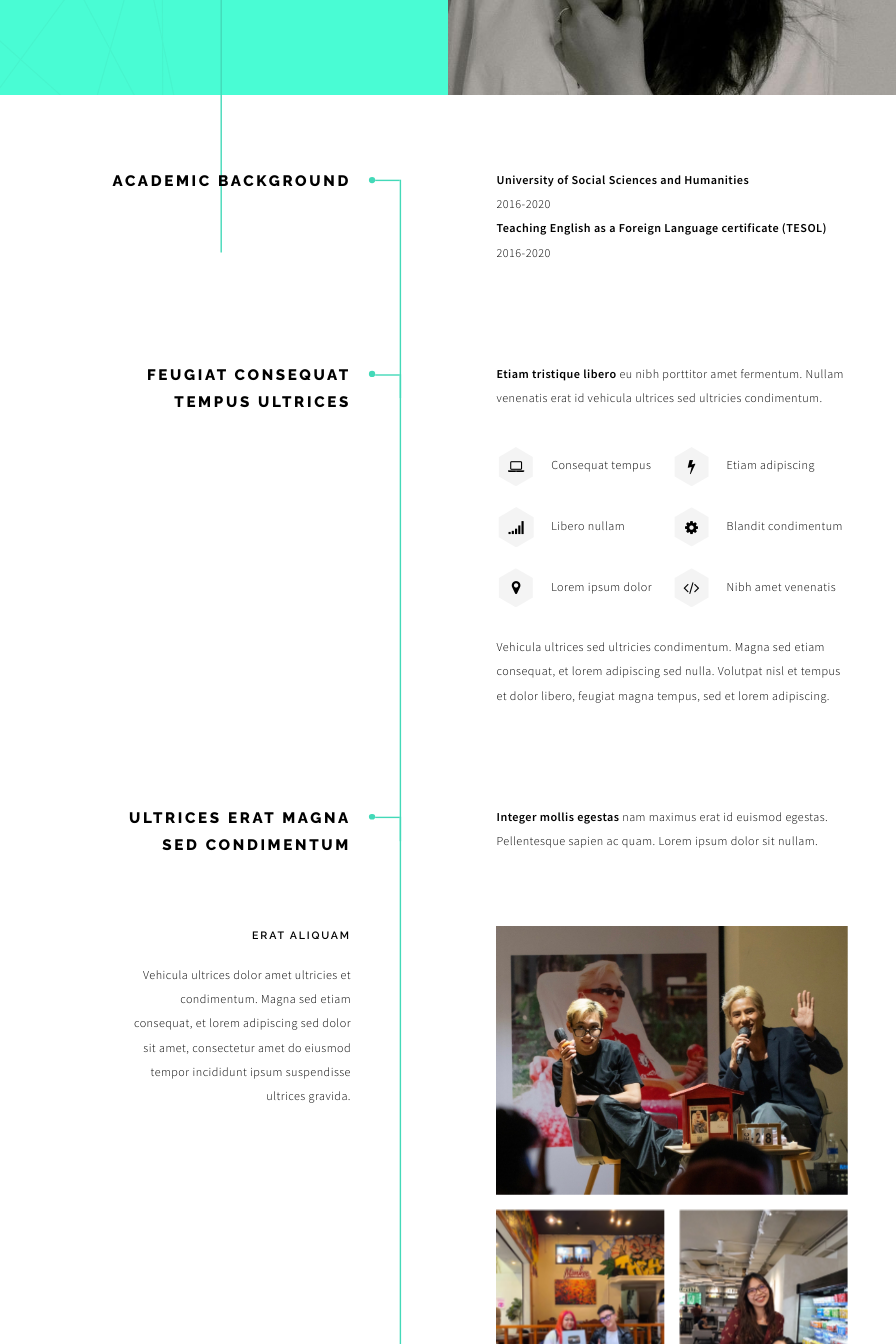
Repository: leonardin999/linh-porfolios
Page: index.html
An editor plug-in stored every save of this project. The page is shown before and after the next save, followed by the edit.
The browser window is 1280 px wide. The pictures show the part of the page from y = 584 to 2504 px (the page is 6041 px tall before and 7540 px after), at 70% of full size.

Above is the page before, as saved 2023-01-22 21:26:23.

### index.html
<!DOCTYPE html>
<!--
	Paradigm Shift by HTML5 UP
	html5up.net | @ajlkn
	Free for personal and commercial use under the CCA 3.0 license (html5up.net/license)
-->
<html>
  <head>
    <title>Linh's Porfolio</title>
    <meta charset="utf-8" />
    <meta
      name="viewport"
      content="width=device-width, initial-scale=1, user-scalable=no"
    />
    <meta name="description" content="" />
    <meta name="keywords" content="" />
    <link rel="stylesheet" href="assets/css/main.css" />
  </head>
  <body class="is-preload">
    <!-- Wrapper -->
    <div id="wrapper">
      <!-- Intro -->
      <section class="intro">
        <header>
          <h1>PARTNERSHIP MARKETING EXECUTIVE</h1>
          <p>
            I believe in "edutainment" which can help everyone absorb knowledge
            easily. I am interested in both education and entertainment and
            combine them in my projects.
          </p>
          <ul class="actions">
            <li>
              <a href="#first" class="arrow scrolly"
                ><span class="label">Next</span></a
              >
            </li>
          </ul>
        </header>
        <div class="content">
          <span class="image fill" data-position="center"
            ><img src="images/pic01.jpg" alt=""
          /></span>
        </div>
      </section>

      <!-- Section -->
      <section id="first">
        <header>
          <h2>Academic background</h2>
        </header>
        <div class="content">
            <strong>University of Social Sciences and Humanities</strong>
            <br>2016-2020</br>
            <strong>Teaching English as a Foreign Language certificate (TESOL)</strong>
            <br>2016-2020</br>
          </p>
        </div>
      </section>

      <!-- Section -->
      <section>
        <header>
          <h2>Feugiat consequat tempus ultrices</h2>
        </header>
        <div class="content">
          <p>
            <strong>Etiam tristique libero</strong> eu nibh porttitor amet
            fermentum. Nullam venenatis erat id vehicula ultrices sed ultricies
            condimentum.
          </p>
          <ul class="feature-icons">
            <li class="icon fa-laptop">Consequat tempus</li>
            <li class="icon fa-bolt">Etiam adipiscing</li>
            <li class="icon fa-signal">Libero nullam</li>
            <li class="icon fa-gear">Blandit condimentum</li>
            <li class="icon fa-map-marker">Lorem ipsum dolor</li>
            <li class="icon fa-code">Nibh amet venenatis</li>
          </ul>
          <p>
            Vehicula ultrices sed ultricies condimentum. Magna sed etiam
            consequat, et lorem adipiscing sed nulla. Volutpat nisl et tempus et
            dolor libero, feugiat magna tempus, sed et lorem adipiscing.
          </p>
        </div>
      </section>

      <!-- Section -->
      <section>
        <header>
          <h2>Ultrices erat magna sed condimentum</h2>
        </header>
        <div class="content">
          <p>
            <strong>Integer mollis egestas</strong> nam maximus erat id euismod
            egestas. Pellentesque sapien ac quam. Lorem ipsum dolor sit nullam.
          </p>

          <!-- Section -->
          <section>
            <header>
              <h3>Erat aliquam</h3>
              <p>
                Vehicula ultrices dolor amet ultricies et condimentum. Magna sed
                etiam consequat, et lorem adipiscing sed dolor sit amet,
                consectetur amet do eiusmod tempor incididunt ipsum suspendisse
                ultrices gravida.
              </p>
            </header>
            <div class="content">
              <div class="gallery">
                <a href="images/gallery/fulls/01.jpg" class="landscape"
                  ><img src="images/gallery/thumbs/01.jpg" alt=""
                /></a>
                <a href="images/gallery/fulls/02.jpg"
                  ><img src="images/gallery/thumbs/02.jpg" alt=""
                /></a>
                <a href="images/gallery/fulls/03.jpg"
                  ><img src="images/gallery/thumbs/03.jpg" alt=""
                /></a>
                <a href="images/gallery/fulls/04.jpg" class="landscape"
                  ><img src="images/gallery/thumbs/04.jpg" alt=""
                /></a>
              </div>
            </div>
          </section>

          <!-- Section -->
          <section>
            <header>
              <h3>Nisl consequat</h3>
              <p>
                Aenean ornare velit lacus, ac varius enim ullamcorper eu. Proin
                aliquam sed facilisis ante interdum congue. Integer mollis, nisl
                amet convallis, porttitor magna ullamcorper, amet mauris. Ut
                magna finibus nisi nec lacinia ipsum maximus.
              </p>
            </header>
            <div class="content">
              <div class="gallery">
                <a href="images/gallery/fulls/05.jpg" class="landscape"
                  ><img src="images/gallery/thumbs/05.jpg" alt=""
                /></a>
                <a href="images/gallery/fulls/06.jpg"
                  ><img src="images/gallery/thumbs/06.jpg" alt=""
                /></a>
                <a href="images/gallery/fulls/07.jpg"
                  ><img src="images/gallery/thumbs/07.jpg" alt=""
                /></a>
              </div>
            </div>
          </section>

          <!-- Section -->
          <section>
            <header>
              <h3>Lorem gravida</h3>
              <p>
                Proin aliquam facilisis ante interdum. Sed nulla amet lorem
                feugiat tempus aenean ornare velit lacus, ac varius sed enim
                lorem ullamcorper dolore. ac varius enim lorem ullamcorper
                dolore. Proin aliquam facilisis.
              </p>
            </header>
            <div class="content">
              <div class="gallery">
                <a href="images/gallery/fulls/08.jpg" class="portrait"
                  ><img src="images/gallery/thumbs/08.jpg" alt=""
                /></a>
                <a href="images/gallery/fulls/09.jpg" class="portrait"
                  ><img src="images/gallery/thumbs/09.jpg" alt=""
                /></a>
                <a href="images/gallery/fulls/10.jpg" class="landscape"
                  ><img src="images/gallery/thumbs/10.jpg" alt=""
                /></a>
              </div>
            </div>
          </section>
        </div>
      </section>

      <!-- Section -->
      <section>
        <header>
          <h2>Duis sed adpiscing veroeros amet</h2>
        </header>
        <div class="content">
          <p>
            <strong>Proin tempus feugiat</strong> sed varius enim lorem
            ullamcorper dolore aliquam aenean ornare velit lacus, ac varius enim
            lorem ullamcorper dolore.
          </p>
          <ul class="actions">
            <li><a href="#" class="button primary large">Get Started</a></li>
            <li><a href="#" class="button large">Learn More</a></li>
          </ul>
        </div>
      </section>

      <!-- Elements -->
      <!--
					<section>
						<header>
							<h2>Elements</h2>
						</header>
						<div class="content">

							<section>
								<header>
									<h3>Text</h3>
								</header>
								<div class="content">
									<p>This is <b>bold</b> and this is <strong>strong</strong>. This is <i>italic</i> and this is <em>emphasized</em>.
									This is <sup>superscript</sup> text and this is <sub>subscript</sub> text.
									This is <u>underlined</u> and this is code: <code>for (;;) { ... }</code>. Finally, <a href="#">this is a link</a>.</p>
									<hr />
									<h2>Heading Level 2</h2>
									<h3>Heading Level 3</h3>
									<h4>Heading Level 4</h4>
									<h5>Heading Level 5</h5>
									<hr />
									<h5>Blockquote</h5>
									<blockquote>Fringilla nisl. Donec accumsan interdum nisi, quis tincidunt felis sagittis eget tempus euismod. Vestibulum ante ipsum primis in faucibus vestibulum. Blandit adipiscing eu felis iaculis volutpat ac adipiscing accumsan faucibus. Vestibulum ante ipsum primis in faucibus lorem ipsum dolor sit amet nullam adipiscing eu felis.</blockquote>
									<h5>Preformatted</h5>
									<pre><code>i = 0;

while (!deck.isInOrder()) {
  print 'Iteration ' + i;
  deck.shuffle();
  i++;
}

print 'Sorted in ' + i + ' iterations.';</code></pre>
								</div>
							</section>

							<section>
								<header>
									<h3>Lists</h3>
								</header>
								<div class="content">

									<h4>Unordered</h4>
									<ul>
										<li>Dolor pulvinar etiam.</li>
										<li>Sagittis adipiscing.</li>
										<li>Felis enim feugiat.</li>
									</ul>

									<h4>Alternate</h4>
									<ul class="alt">
										<li>Dolor pulvinar etiam.</li>
										<li>Sagittis adipiscing.</li>
										<li>Felis enim feugiat.</li>
									</ul>

									<h4>Ordered</h4>
									<ol>
										<li>Dolor pulvinar etiam.</li>
										<li>Etiam vel felis viverra.</li>
										<li>Felis enim feugiat.</li>
										<li>Dolor pulvinar etiam.</li>
										<li>Etiam vel felis lorem.</li>
										<li>Felis enim et feugiat.</li>
									</ol>
									<h4>Icons</h4>
									<ul class="icons">
										<li><a href="#" class="icon fa-twitter"><span class="label">Twitter</span></a></li>
										<li><a href="#" class="icon fa-facebook"><span class="label">Facebook</span></a></li>
										<li><a href="#" class="icon fa-instagram"><span class="label">Instagram</span></a></li>
										<li><a href="#" class="icon fa-github"><span class="label">Github</span></a></li>
									</ul>

									<h4>Actions</h4>
									<ul class="actions">
										<li><a href="#" class="button primary">Default</a></li>
										<li><a href="#" class="button">Default</a></li>
									</ul>
									<ul class="actions stacked">
										<li><a href="#" class="button primary">Default</a></li>
										<li><a href="#" class="button">Default</a></li>
									</ul>
								</div>
							</section>

							<section>
								<header>
									<h3>Table</h3>
								</header>
								<div class="content">
									<h4>Default</h4>
									<div class="table-wrapper">
										<table>
											<thead>
												<tr>
													<th>Name</th>
													<th>Description</th>
													<th>Price</th>
												</tr>
											</thead>
											<tbody>
												<tr>
													<td>Item One</td>
													<td>Ante turpis integer aliquet porttitor.</td>
													<td>29.99</td>
												</tr>
												<tr>
													<td>Item Two</td>
													<td>Vis ac commodo adipiscing arcu aliquet.</td>
													<td>19.99</td>
												</tr>
												<tr>
													<td>Item Three</td>
													<td> Morbi faucibus arcu accumsan lorem.</td>
													<td>29.99</td>
												</tr>
												<tr>
													<td>Item Four</td>
													<td>Vitae integer tempus condimentum.</td>
													<td>19.99</td>
												</tr>
												<tr>
													<td>Item Five</td>
													<td>Ante turpis integer aliquet porttitor.</td>
													<td>29.99</td>
												</tr>
											</tbody>
											<tfoot>
												<tr>
													<td colspan="2"></td>
													<td>100.00</td>
												</tr>
											</tfoot>
										</table>
									</div>

									<h4>Alternate</h4>
									<div class="table-wrapper">
										<table class="alt">
											<thead>
												<tr>
													<th>Name</th>
													<th>Description</th>
													<th>Price</th>
												</tr>
											</thead>
											<tbody>
												<tr>
													<td>Item One</td>
													<td>Ante turpis integer aliquet porttitor.</td>
													<td>29.99</td>
												</tr>
												<tr>
													<td>Item Two</td>
													<td>Vis ac commodo adipiscing arcu aliquet.</td>
													<td>19.99</td>
												</tr>
												<tr>
													<td>Item Three</td>
													<td> Morbi faucibus arcu accumsan lorem.</td>
													<td>29.99</td>
												</tr>
												<tr>
													<td>Item Four</td>
													<td>Vitae integer tempus condimentum.</td>
													<td>19.99</td>
												</tr>
												<tr>
													<td>Item Five</td>
													<td>Ante turpis integer aliquet porttitor.</td>
													<td>29.99</td>
												</tr>
											</tbody>
											<tfoot>
												<tr>
													<td colspan="2"></td>
													<td>100.00</td>
												</tr>
											</tfoot>
										</table>
									</div>
								</div>
							</section>

							<section>
								<header>
									<h3>Buttons</h3>
								</header>
								<div class="content">
									<ul class="actions">
										<li><a href="#" class="button primary">Primary</a></li>
										<li><a href="#" class="button">Default</a></li>
									</ul>
									<ul class="actions">
										<li><a href="#" class="button large">Large</a></li>
										<li><a href="#" class="button">Default</a></li>
										<li><a href="#" class="button small">Small</a></li>
									</ul>
									<ul class="actions">
										<li><a href="#" class="button primary icon fa-download">Icon</a></li>
										<li><a href="#" class="button icon fa-download">Icon</a></li>
									</ul>
									<ul class="actions">
										<li><span class="button primary disabled">Disabled</span></li>
										<li><span class="button disabled">Disabled</span></li>
									</ul>
								</div>
							</section>

							<section>
								<header>
									<h3>Form</h3>
								</header>
								<div class="content">
									<form method="post" action="#">
										<div class="fields">
											<div class="field half">
												<label for="demo-name">Name</label>
												<input type="text" name="demo-name" id="demo-name" value="" placeholder="Jane Doe" />
											</div>
											<div class="field half">
												<label for="demo-email">Email</label>
												<input type="email" name="demo-email" id="demo-email" value="" placeholder="jane@untitled.tld" />
											</div>
											<div class="field">
												<label for="demo-category">Category</label>
												<select name="demo-category" id="demo-category">
													<option value="">-</option>
													<option value="1">Manufacturing</option>
													<option value="1">Shipping</option>
													<option value="1">Administration</option>
													<option value="1">Human Resources</option>
												</select>
											</div>
											<div class="field half">
												<input type="radio" id="demo-priority-low" name="demo-priority" checked>
												<label for="demo-priority-low">Low</label>
											</div>
											<div class="field half">
												<input type="radio" id="demo-priority-high" name="demo-priority">
												<label for="demo-priority-high">High</label>
											</div>
											<div class="field half">
												<input type="checkbox" id="demo-copy" name="demo-copy">
												<label for="demo-copy">Email me a copy</label>
											</div>
											<div class="field half">
												<input type="checkbox" id="demo-human" name="demo-human" checked>
												<label for="demo-human">Not a robot</label>
											</div>
											<div class="field">
												<label for="demo-message">Message</label>
												<textarea name="demo-message" id="demo-message" placeholder="Enter your message" rows="6"></textarea>
											</div>
										</div>
										<ul class="actions">
											<li><input type="submit" value="Send Message" class="primary" /></li>
											<li><input type="reset" value="Reset" /></li>
										</ul>
									</form>
								</div>
							</section>

						</div>
					</section>
				-->

      <!-- Section -->
      <section>
        <header>
          <h2>Get in touch</h2>
        </header>
        <div class="content">
          <p>
            <strong>Auctor commodo</strong> interdum et malesuada fames ac ante
            ipsum primis in faucibus. Pellentesque venenatis dolor imperdiet
            dolor mattis sagittis.
          </p>
          <form>
            <div class="fields">
              <div class="field half">
                <input type="text" name="name" id="name" placeholder="Name" />
              </div>
              <div class="field half">
                <input
                  type="email"
                  name="email"
                  id="email"
                  placeholder="Email"
                />
              </div>
              <div class="field">
                <textarea
                  name="message"
                  id="message"
                  placeholder="Message"
                  rows="7"
                ></textarea>
              </div>
            </div>
            <ul class="actions">
              <li>
                <input
                  type="submit"
                  value="Send Message"
                  class="button primary"
                />
              </li>
            </ul>
          </form>
        </div>
        <footer>
          <ul class="items">
            <li>
              <h3>Email</h3>
              <a href="#">information@untitled.ext</a>
            </li>
            <li>
              <h3>Phone</h3>
              <a href="#">(000) 000-0000</a>
            </li>
            <li>
              <h3>Address</h3>
              <span>1234 Somewhere Road, Nashville, TN 00000</span>
            </li>
            <li>
              <h3>Elsewhere</h3>
              <ul class="icons">
                <li>
                  <a href="#" class="icon fa-twitter"
                    ><span class="label">Twitter</span></a
                  >
                </li>
                <li>
                  <a href="#" class="icon fa-facebook"
                    ><span class="label">Facebook</span></a
                  >
                </li>
                <li>
                  <a href="#" class="icon fa-instagram"
                    ><span class="label">Instagram</span></a
                  >
                </li>
                <li>
                  <a href="#" class="icon fa-linkedin"
                    ><span class="label">LinkedIn</span></a
                  >
                </li>
                <li>
                  <a href="#" class="icon fa-github"
                    ><span class="label">GitHub</span></a
                  >
                </li>
                <li>
                  <a href="#" class="icon fa-codepen"
                    ><span class="label">Codepen</span></a
                  >
                </li>
              </ul>
            </li>
          </ul>
        </footer>
      </section>

      <!-- Copyright -->
      <div class="copyright">
        &copy; Untitled. All rights reserved. Design:
        <a href="https://html5up.net">HTML5 UP</a>. Distributed by
        <a href="https://themewagon.com/">ThemeWagon</a>
      </div>
    </div>

    <!-- Scripts -->
    <script src="assets/js/jquery.min.js"></script>
    <script src="assets/js/jquery.scrolly.min.js"></script>
    <script src="assets/js/browser.min.js"></script>
    <script src="assets/js/breakpoints.min.js"></script>
    <script src="assets/js/util.js"></script>
    <script src="assets/js/main.js"></script>
  </body>
</html>

Loaded but not shown: assets/js/jquery.min.js (library); assets/js/jquery.scrolly.min.js (common file); assets/js/browser.min.js (common file); assets/js/breakpoints.min.js (common file); assets/css/font-awesome.min.css (library); assets/js/util.js (587 lines, source omitted); assets/js/main.js (208 lines, source omitted); assets/css/main.css (3922 lines, source omitted)

After the next save:
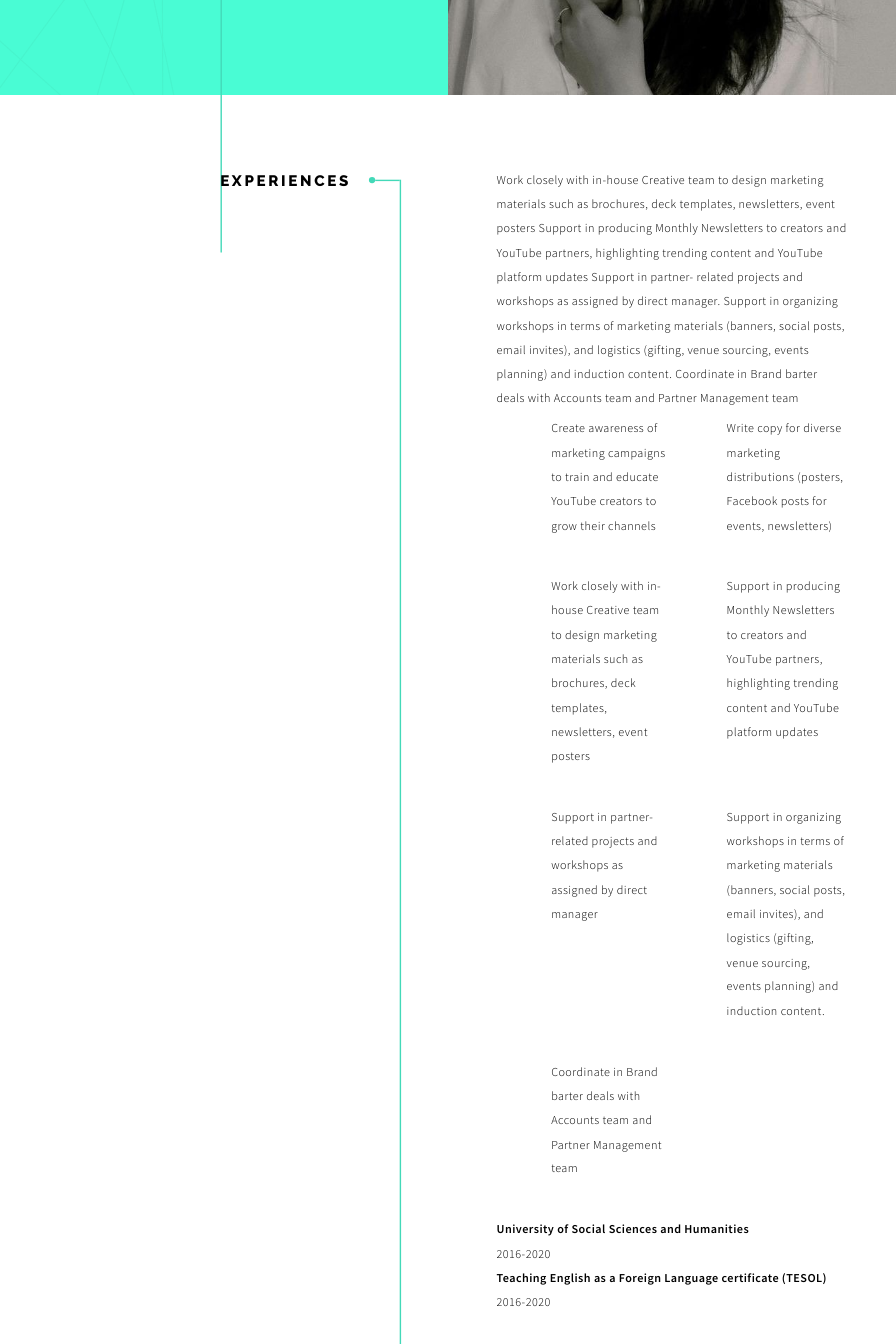
Saved 10 min 46 s later.
--- a/index.html
+++ b/index.html
@@ -46,9 +46,24 @@
       <!-- Section -->
       <section id="first">
         <header>
-          <h2>Academic background</h2>
+          <h2>Experiences</h2>
         </header>
         <div class="content">
+Work closely with in-house Creative team to design marketing materials such as brochures, deck templates, newsletters, event posters
+Support in producing Monthly Newsletters to creators and YouTube partners, highlighting trending content and YouTube platform updates
+Support in partner- related projects and workshops as assigned by direct manager.
+Support in organizing workshops in terms of marketing materials (banners, social posts, email invites), and logistics (gifting, venue sourcing, events planning) and induction content.
+Coordinate in Brand barter deals with Accounts team and Partner Management team
+
+            <ul class="feature-icons">
+              <li class="">Create awareness of marketing campaigns to train and educate YouTube creators to grow their channels</li>
+              <li class="">Write copy for diverse marketing distributions (posters, Facebook posts for events, newsletters)</li>
+              <li class="">Work closely with in-house Creative team to design marketing materials such as brochures, deck templates, newsletters, event posters</li>
+              <li class="">Support in producing Monthly Newsletters to creators and YouTube partners, highlighting trending content and YouTube platform updates</li>
+              <li class="">Support in partner- related projects and workshops as assigned by direct manager</li>
+              <li class="">Support in organizing workshops in terms of marketing materials (banners, social posts, email invites), and logistics (gifting, venue sourcing, events planning) and induction content.</li>
+              <li class="">Coordinate in Brand barter deals with Accounts team and Partner Management team</li>
+            </ul>
             <strong>University of Social Sciences and Humanities</strong>
             <br>2016-2020</br>
             <strong>Teaching English as a Foreign Language certificate (TESOL)</strong>
